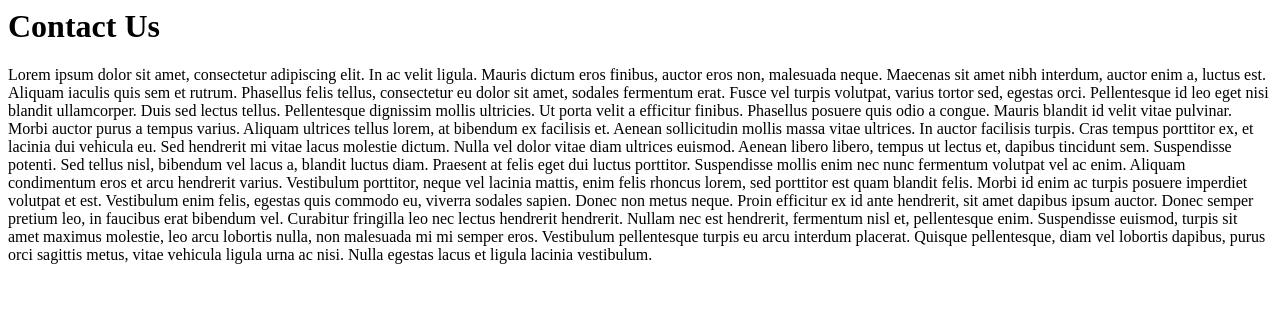
Repository: dtromblee/my-site
Page: workspace/public_html/app/views/contact-us/contact-us.html
The author's editor kept a record of every edit. The page is drawn from the files as they stood at one moment, then again after the next edit.
The browser window is 1280 px wide. The pictures show the whole page.

Above is the page before.

After the next edit:
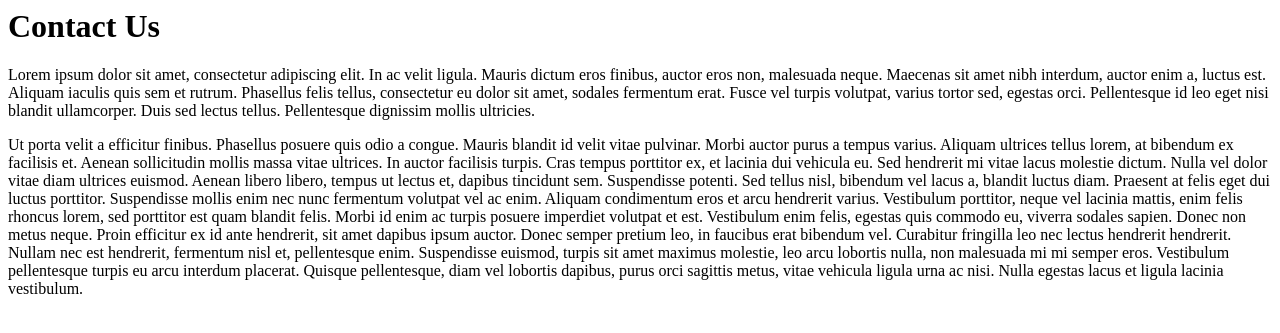
The edit:
--- a/workspace/public_html/app/views/contact-us/contact-us.html
+++ b/workspace/public_html/app/views/contact-us/contact-us.html
@@ -1,7 +1,8 @@
 <h1>Contact Us</h1>
 <p>
 Lorem ipsum dolor sit amet, consectetur adipiscing elit. In ac velit ligula. Mauris dictum eros finibus, auctor eros non, malesuada neque. Maecenas sit amet nibh interdum, auctor enim a, luctus est. Aliquam iaculis quis sem et rutrum. Phasellus felis tellus, consectetur eu dolor sit amet, sodales fermentum erat. Fusce vel turpis volutpat, varius tortor sed, egestas orci. Pellentesque id leo eget nisi blandit ullamcorper. Duis sed lectus tellus. Pellentesque dignissim mollis ultricies.
-
+</p>
+<p>
 Ut porta velit a efficitur finibus. Phasellus posuere quis odio a congue. Mauris blandit id velit vitae pulvinar. Morbi auctor purus a tempus varius. Aliquam ultrices tellus lorem, at bibendum ex facilisis et. Aenean sollicitudin mollis massa vitae ultrices. In auctor facilisis turpis. Cras tempus porttitor ex, et lacinia dui vehicula eu. Sed hendrerit mi vitae lacus molestie dictum. Nulla vel dolor vitae diam ultrices euismod. Aenean libero libero, tempus ut lectus et, dapibus tincidunt sem. Suspendisse potenti. Sed tellus nisl, bibendum vel lacus a, blandit luctus diam. Praesent at felis eget dui luctus porttitor.
 
 Suspendisse mollis enim nec nunc fermentum volutpat vel ac enim. Aliquam condimentum eros et arcu hendrerit varius. Vestibulum porttitor, neque vel lacinia mattis, enim felis rhoncus lorem, sed porttitor est quam blandit felis. Morbi id enim ac turpis posuere imperdiet volutpat et est. Vestibulum enim felis, egestas quis commodo eu, viverra sodales sapien. Donec non metus neque. Proin efficitur ex id ante hendrerit, sit amet dapibus ipsum auctor. Donec semper pretium leo, in faucibus erat bibendum vel. Curabitur fringilla leo nec lectus hendrerit hendrerit. Nullam nec est hendrerit, fermentum nisl et, pellentesque enim. Suspendisse euismod, turpis sit amet maximus molestie, leo arcu lobortis nulla, non malesuada mi mi semper eros. Vestibulum pellentesque turpis eu arcu interdum placerat. Quisque pellentesque, diam vel lobortis dapibus, purus orci sagittis metus, vitae vehicula ligula urna ac nisi. Nulla egestas lacus et ligula lacinia vestibulum.
